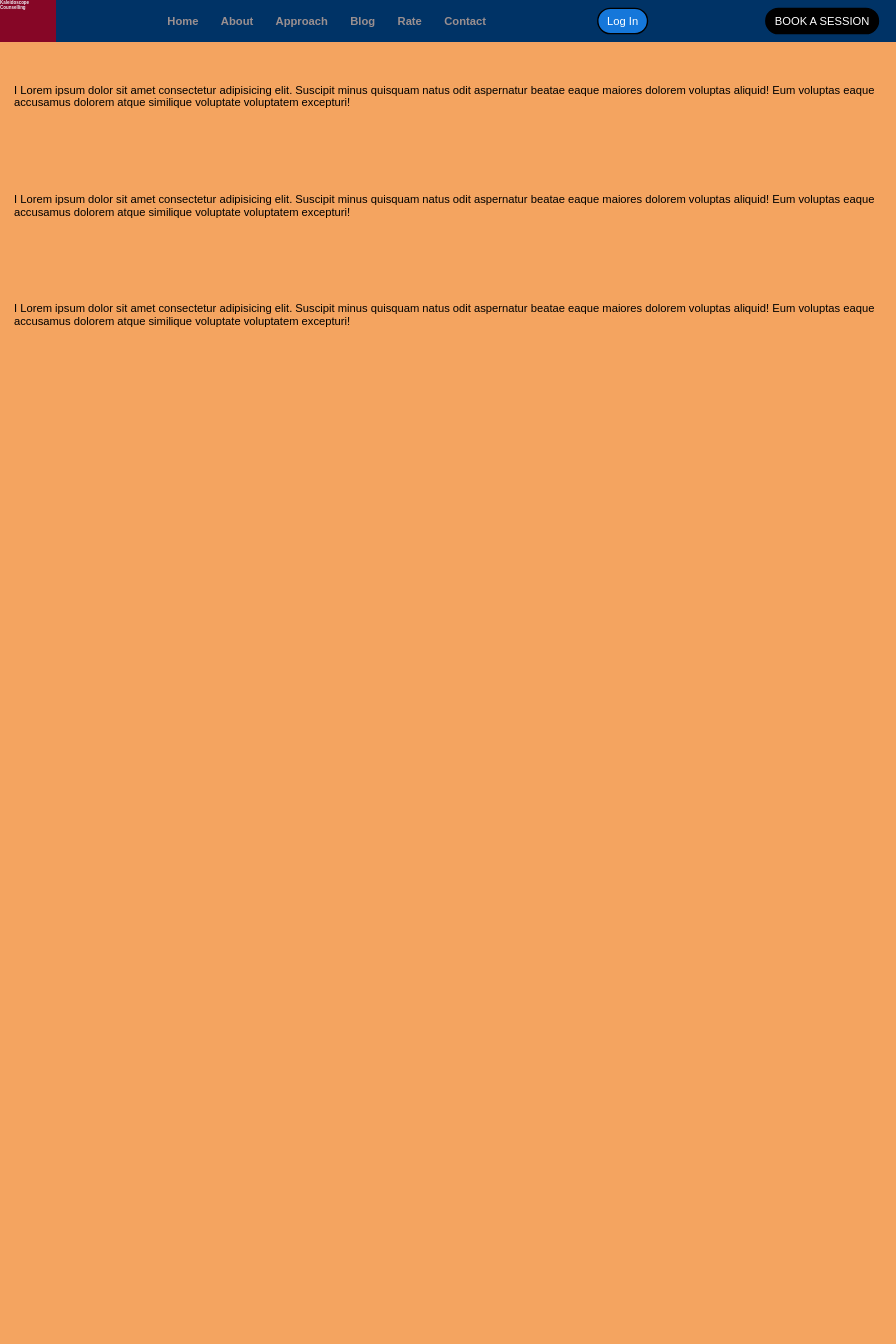
Repository: voutadi/Project1
Page: index.html
The author's editor kept a copy of each file at every save. The page is drawn from the files as they stood at one save, then again after a run of saves.
The browser window is 1280 px wide. The pictures show the part of the page from y = 0 to 1920 px (the page is 3120 px tall), at 70% of full size.

Above is the page before, as saved 2024-11-24 21:27:21.

After the next 2 saves:
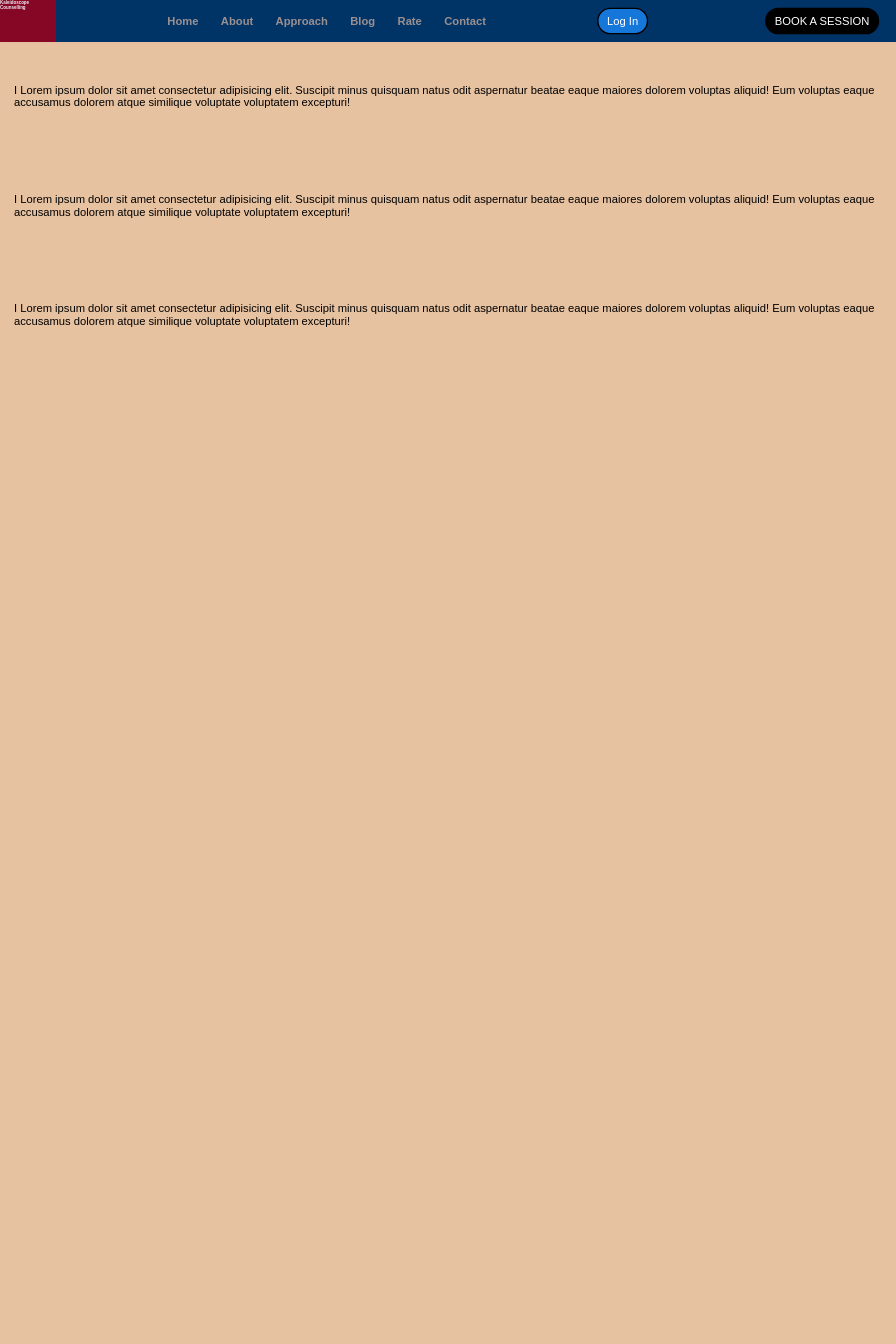
The 2 saves are shown as one change because they came seconds apart.
The last was saved 263 days later.
--- a/styles/style.css
+++ b/styles/style.css
@@ -4,7 +4,7 @@
   box-sizing: border-box;
 }
 body {
-  background-color: rgb(244,164,96);
+  background-color: rgb(231, 194, 161);
   height: 3000px;
   font-family: Arial, Helvetica, sans-serif;
   font-size: 1rem;
